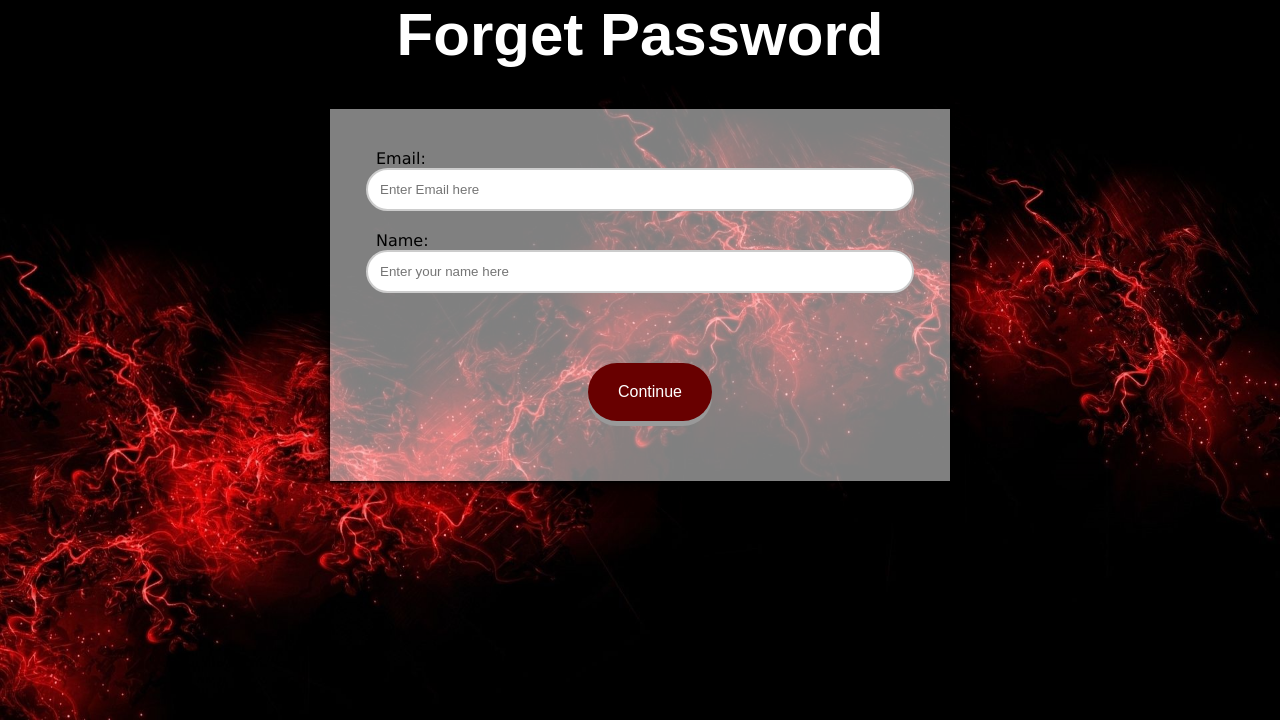
Repository: amila1998/OOP-Group-Assignment-1st-Year-2nd-Semester
Page: http://localhost/OMT/forgetpassword.jsp
The author's editor kept a copy of each file at every save. The page is drawn from the files as they stood at one save, then again after the next save.
The browser window is 1280 px wide. The pictures show the whole page.
Some web fonts or font styles are not loaded; a fallback is used. The page is served by Tomcat 9. Nobody is signed in. The application's start-up code is not run. Other server files are loaded and not shown.

Above is the page before, as saved 2021-05-24 04:35:10.

### OMT/WebContent/forgetpassword.jsp
<%@ page language="java" contentType="text/html; charset=ISO-8859-1"
    pageEncoding="ISO-8859-1"%>
<!DOCTYPE html>
<html>
<head>
<meta charset="ISO-8859-1">
<link rel="stylesheet" type="text/css" href="styles/Default.css">
<link rel="stylesheet" type="text/css" href="styles/resetpassword.css">
<title>Forget Password</title>
</head>
<body>
<center><h1 class="Ttxtstyle">Forget Password</h1>
<section style="width=100%;" class="logingbody">

	<div id="formStyle3">

		<form action="forgetpassword" method="POST" >
			<div class="col-50">
				<div  class="Plogo1">

				</div>

					<% String msg = request.getParameter("msg");
						if("invalid".equals(msg)){%>
					<br><br><div class="invalid">Invalid Email or Name </div><br><br>
					<%} %>

					<label for="email">Email:</label>
					<input type="email" name="uemail" placeholder="Enter Email here " required>
					<label for="name">Name:</label>
					<input type="text"  name="name" placeholder="Enter your name here" required>

				</div>

				<div class="row">
					<div class="col-50">
						<button value="submit" id="continue" type="submit" class="Btn3">Continue</button>
					</div>
				</div>

			</div>
		</form>

    </div>

</section>

</center>

</body>
</html>

### OMT/WebContent/styles/Default.css
@charset "ISO-8859-1";

* {
  box-sizing: border-box;
  margin: 0;
  padding: 0;
}

body {
  font-family: roboto, sans-serif;
  background-image: url("../images/bg.jpg");
  background-repeat: repeat;
  background-attachment: fixed;
  background-size: 100%;
}

/*start of header*/
#mainHeader {
  width: 100%;
  display:flex;
  justify-content: space-between;
  padding: 0px 10px;
  width: 100%;
  position:fixed;
  top: 0px;
  background: #eee;
  transition: background 0.4s;
  z-index: +1;
}

#mainHeader.is-sticky {
  background: #333;
}

#mainHeader.is-sticky a {
  color:#eee;
}

#mainHeader.is-sticky .logo img {
  height:64px;
}

#mainHeader.is-sticky .Plogo img {
  margin-top:10px;
}

#mainHeader.is-sticky .SearchPadding {
  padding:5px 20px;

}
.logo img {
  height: 84px;
  transition: height 0.4s;
}
.Plogo img {
  height: 50px;
  margin-top:18px;
  transition:0.4s;
}
#mainHeader .SearchPadding{
	padding:10px 10px;
	transition:0.4s;
}
#mainHeader .searchForm {
  float: middle;
  padding: 6px 20px;
  margin-top: 15px;
  background: none;
  font-size: 17px;
  border: none;
  cursor: pointer;
  display:flex;
}

.searchTxt
{
  background-color: white;
  border: none;
  padding: 5.5px 10px;
  text-decoration: none;
  display: inline-block;
  font-size: 12px;
  width:400px;
}
.searchBT:hover {
  background-color:#66ff66;
  cursor: pointer;
}

.searchBT {
  background-color: #00cc00;
  border: none;
  color: white;
  padding: 5px 10px;
  text-align: center;
  text-decoration: none;
  display: inline-block;
  font-size: 14px;
}




/*End of header*/

/* start editing horizontal menu*/
#menu {
	 margin-top: 84px;
	 width: 100%;
}



ul.menu {
  list-style-type: none;
  margin: 0;
  padding: 0;
  overflow: hidden;
  background-color: #333;
}

li.menu1 {
  float: left;
}
li.menu2 {
  float: right;
}

#menu li a   {
	/* When you have li and a together this will work*/
  display: block;
  color: white;
  text-align: center;
  padding: 14px 16px;
  text-decoration: none;
}

/* Change the link color to pink on hover
When you move the curser to a menu item it will highlighted with pink*/
#menu  li a:hover {
  background-color: gray;
}
/*============================================================================*/
/*Start of footer*/

div.Bfooter{
	display:table;
	width:100%;
	height:auto;
}
#mainFooter {
  display:flex;
  justify-content: space-between;
  bottom:0px;
  padding:10px 30px;
  width: 100%;
  background: #333;
  color:white;
  position:fixed;


}
#mainFooter .FtopPadding{
	padding-top:10px;
}
.SocialLogos img {

	width:30px;
	height:30px;
}
#mainFooter ul.SocialLogos {
  list-style-type: none;
  margin: 0;
  padding:0;
  overflow: hidden;
}
#mainFooter li.SocialLogos {
  float: left;
}
#mainFooter li a {
  display: block;
  color: white;
  text-align: center;
  padding: 14px 16px;
  text-decoration: none;
}

.DateandTime{
	font-family:"Arial Black", Gadget, sans-serif;


}
.copyRSing{
	font-family:"Comic Sans MS", cursive, sans-serif;
	padding-left:90px;
}
#Footer2 {
  display:flex;
  justify-content: space-between;
  padding: 10px 16px;
  width: 100%;
  background: #14141f;
  color:white;
  margin-bottom:50px;

}
#Footer2 ul.style {
  list-style-type: none;
  overflow: hidden;
  padding-bottom:40px;
}
#Footer2 li a{
	color: white;
  text-align: left;
  padding: 14px 16px;
  text-decoration: none;
  font-style: italic;
}
#Footer2 li a:hover {
  color: gray;
}

#Footer2 .Txtstyle{
	font-family:"Comic Sans MS", cursive, sans-serif;
	font-size:24px;
	line-height: 1.8;
}
#Footer2 .Txtstyle2{
	padding-top:90px;
	font-family:"Comic Sans MS", cursive, sans-serif;
	font-size:24px;
	line-height: 1.8;
}

#Footer2 ul.proFBBt {
  background-color: #00cc00;
  border: none;
  color: white;
  padding: 20px 50px;
  text-align: center;
  text-decoration: none;
  display: inline-block;
  font-size: 14px;
  list-style-type: none;
  margin: 0;
  overflow: hidden;
}

#Footer2 .btpadding{
	padding-top:50px;
	padding-left:20px;
}
/*============================================================================*/

h1.Ttxtstyle{
	color:white;
	font-family:"Arial Black", Gadget, sans-serif;
	text-shadow:1px 1px 2px black, 0 0 25px black, 0 0 5px black;
	font-size:60px;
}

section {
	padding:20px 20px;
}

/*DIV sections*/
.row {
  display: flex;
  flex-wrap: wrap;
  margin: 0 -16px;
}



.col-25 {
  flex: 25%;
}

.col-50,
.coll-50 {
   flex: 50%;
}

.col-75 {
  flex: 75%;
}

.col-25,
.col-50,
.col-75 {
  padding: 20px 16px;
}
/*--------------------------------------------------------------------------------------*/
/*Form*/
fieldset{
	padding:20px 20px;
}

legend{
	font-size:22px;
	font-weight:bold;
}

#formStyle1.style2{
	font-family:"Arial Black", Gadget, sans-serif;
	font-size:30px;
}

#formStyle1 label,
#formStyle3 label {
  display: block;
  font-size:16px;
  float:left;
  margin-left:10px;
}

#formStyle4 label{
  float:center;
  display: block;
  font-size:16px;
  margin-left:10px;
  margin-bottom:30px;
}

#formStyle2 label{
	 font-family: "Comic Sans MS", cursive, sans-serif;
	 font-weight:bold;
    font-size: 22px;
    line-height: 1.15;
    margin: 0;
	 width:100%;
}
#formStyle6 input[type=text],
#formStyle6 input[type=email],
#formStyle3 input[type=email],
#formStyle3  input[type= password],
#formStyle1  input[type= password],
#formStyle1  input[type= number],
#formStyle1 input[type=file],
#formStyle1 input[type=number]
#formStyle4 input[type=email],
#formStyle1 input[type=email],
#formStyle1 input[type=month],
#formStyle1 input[type=date],
#formStyle1 input[type=text],
#formStyle1 input[type=tel],
#formStyle3 input[type=text],
#formStyle4 input[type=tel],
#formStyle4 input[type=text],
#formStyle1 select{
  width: 100%;
  margin-bottom: 20px;
  padding: 12px;
  border: 2px solid #ccc;
  border-radius: 50px;
}

#formStyle6 input:active[type=text],
#formStyle6 input:active[type=email],
#formStyle3  input:active[type= password],
#formStyle3  input:active[type= email],
#formStyle1 input:active[type=file],
#formStyle1 input:active[type=number],
#formStyle1 input:active[type=month],
#formStyle1 input:active[type=text],
#formStyle3 input:active[type=text],
#formStyle4 input:active[type=text],
#formStyle4 input:active[type=text],
#formStyle1 select:active{
    border: 2px solid #808080;
	outline:none;
}

#formStyle3  input[type= radio]{
  margin-bottom: 20px;
  padding: 12px;
  border: 1px solid #ccc;
  border-radius: 3px;
  justify-content: space-between;
  margin-left:20px;
  outline:none;
}
#formStyle6 textarea,
#formStyle1 textarea{
  width: 100%;
  margin-bottom: 20px;
  padding: 12px;
  border: 1px solid #ccc;
  border-radius: 3px;
  height:80px;
  font-family:Verdana;
  border-radius:50px;
  outline:none;
  resize: vertical;

}

#formStyle1 form,
#formStyle2 form,
#formStyle3 form,
#formStyle4 form{
	padding:20px;
	background-color: rgba(255, 255, 255,0.5);
	font-size:14px;
	font-family:Verdana;
	color:black;
	margin:20px;
	box-shadow:1px 1px 2px black, 0 0 25px black, 0 0 5px black;
	outline: none;
	border:none;

}
#formStyle6 form{
	font-size:14px;
	font-family:Verdana;
	outline: none;
	border:none;
	padding:20px;
}

#formStyle1 form,
#formStyle4 form{
	width:99%;
}

#formStyle2 form{
	width:95%;
}

#formStyle3 form{
	width:50%;
	align-items: center;
	position:center;

}


.Btn,
.Btn1,
.Btn2,
.Btn3,
.Btn4,
.Btn5{

	padding:20px 30px;
	font-size: 16px;
  text-align: center;
  cursor: pointer;
  outline: none;
  color: #fff;
  background-color: #680000;
  border: none;
  border-radius: 30px;
  box-shadow: 0 5px #999;
  margin-bottom:30px;
  margin-top:10px;
  margin-left:20px;



}



.Btn:active,
.Btn1:active,
.Btn3:active,
.Btn2:active,
.Btn4:active,
.Btn5:active,
.Btn6:active{
	background-color: #ff6a6f;
  box-shadow: 0 3px #666;
  transform: translateY(4px);
}

.Btn:hover,
.Btn1:hover,
.Btn3:hover,
.Btn2:hover,
.Btn4:hover,
.Btn5:hover{
	background-color: #ff6a6f
}
.Btn,
.Btn1{
	float:right;
}

.Btn2{
	float:left;
}
.Btn3{
	margin-bottom:20px;

}
.Btn4{
	margin-left:10px;

}

### OMT/WebContent/styles/resetpassword.css
@charset "ISO-8859-1";


.invalid {
  background-color: red;
  text-align: center;
  color:white;
  padding:10px;
   border-radius: 25px;
}

After the next save:
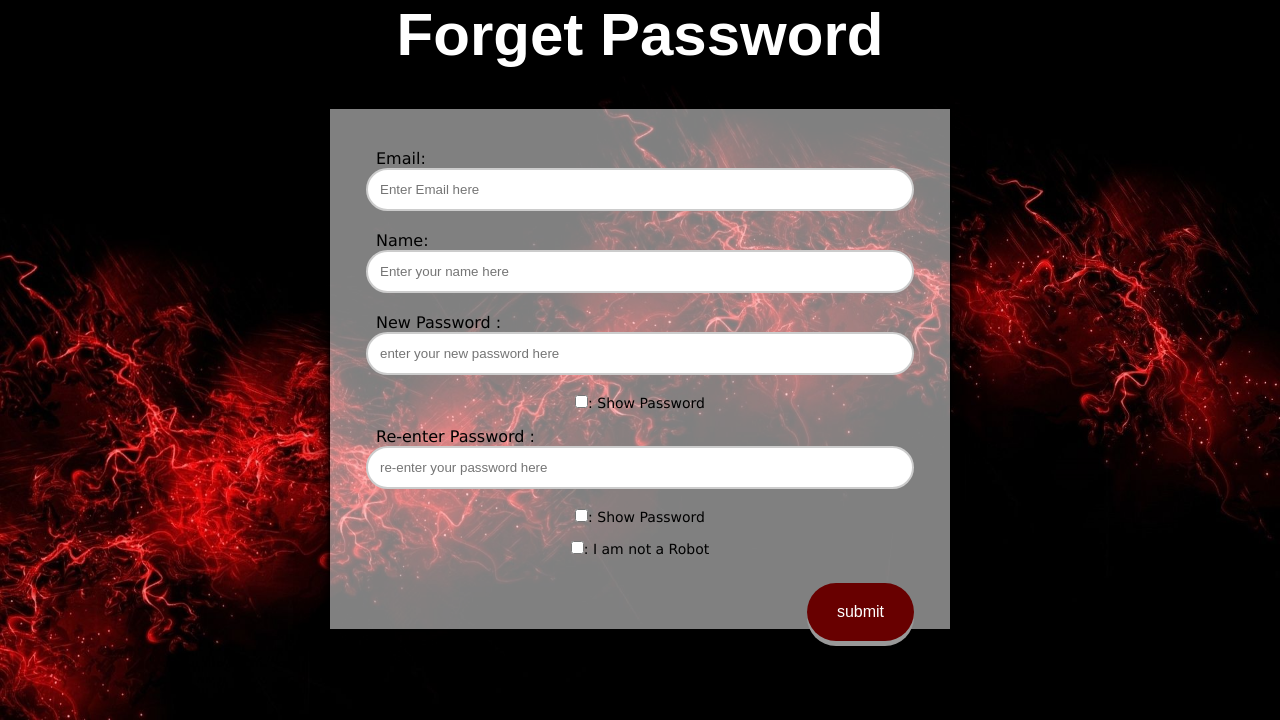
Saved 85 min 47 s later.
--- a/OMT/WebContent/forgetpassword.jsp
+++ b/OMT/WebContent/forgetpassword.jsp
@@ -30,12 +30,64 @@
 					<label for="name">Name:</label>
 					<input type="text"  name="name" placeholder="Enter your name here" required>
 
+					<label for="Password">New Password :</label>
+			<input type="password" id="pwd" name="npwd" placeholder="enter your new password here"  required >
+			<input type="checkbox" onclick="visiblepass()">:  Show Password
+
+				<script>
+				function visiblepass() {
+				  var x = document.getElementById("npwd");
+				  if (x.type === "password") {
+				    x.type = "text";
+				  } else {
+				    x.type = "password";
+				  }
+				}
+				</script>
+			 <br><br>
+			<label for="rePassword">Re-enter Password :</label>
+			<input type="password" id="rpwd" name="rpwd" placeholder="re-enter your password here" required>
+			<input type="checkbox" onclick="visiblepassw()">:  Show Password
+
+				<script>
+				function visiblepassw() {
+				  var x = document.getElementById("rpwd");
+				  if (x.type === "password") {
+				    x.type = "text";
+				  } else {
+				    x.type = "password";
+				  }
+				}
+				</script>
+
+
+			 <br><br>
+			<input type="checkbox" id="policy" name="policy" required onclick ="enableButton2()">:  I am not a Robot
+			<br><br>
+			<input name="register" class="Btn1" type="submit" id="btn2" name="btn2"  value="submit" disable><br>
+
+
+			<script>function enableButton2(){
+
+						if(document.getElementById("policy").checked){
+							if(document.getElementById("pwd").value != document.getElementById("rpwd").value ){
+
+								alert("password are mismatched!!");
+								document.getElementById("policy").checked = false;
+							}
+							else{
+							}
+
+							document.getElementById("btn2").disabled= false;//this means submit button is enabled
+						}
+						else{
+							document.getElementById("btn2").disabled= true;
+
+						}
+					}
+		</script>
+
 				</div>
-
-				<div class="row">
-					<div class="col-50">
-						<button value="submit" id="continue" type="submit" class="Btn3">Continue</button>
-					</div>
 				</div>
 
 			</div>
